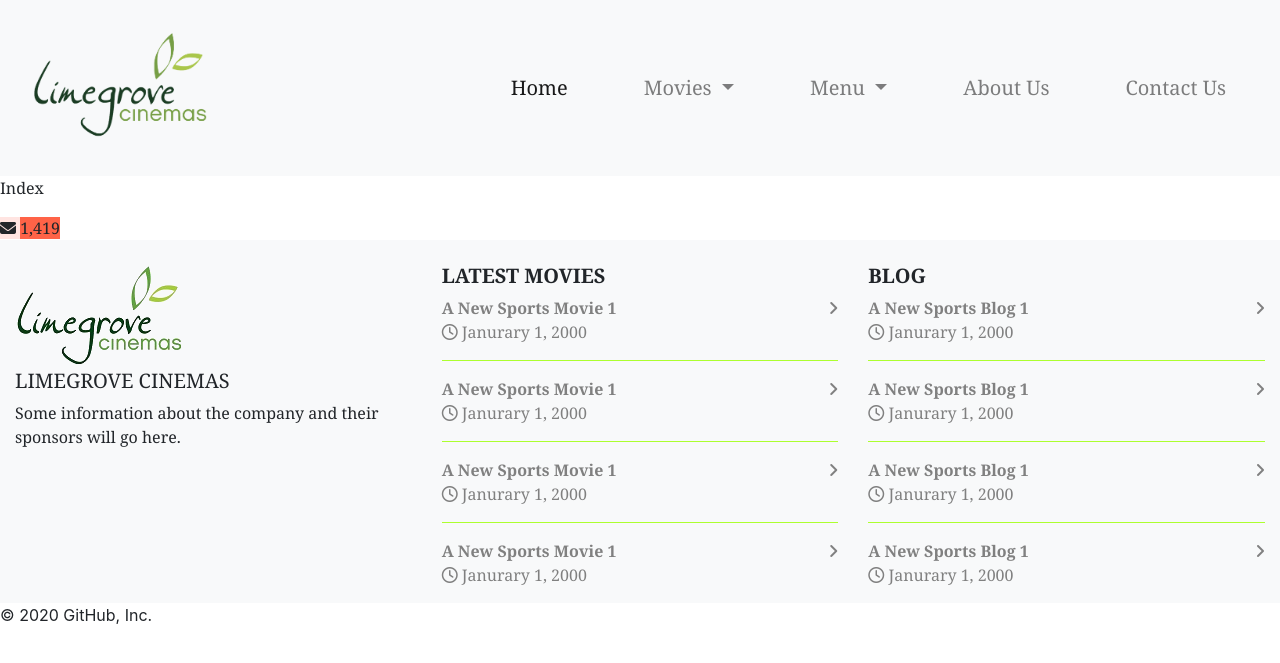
Repository: SimplyZacc/movie-web-template
Page: http://localhost/
An editor plug-in stored every save of this project. The page is shown before and after the next save, followed by the edit.
The browser window is 1280 px wide. The pictures show the whole page.
Some web libraries are served in a nearby version. The page is run by PHP 8.4 with error messages shown; the project is at /var/www/html/.

Above is the page before, as saved 2020-06-28 22:23:07.

### index.php
<?php
//set page vars
$title = "Index";
//include page header
include "templates/header.php";
?>

<p class="">Index</p>
<span class="fa-layers fa-fw" style="background:MistyRose">
    <i class="fas fa-envelope"></i>
    <span class="fa-layers-counter" style="background:Tomato">1,419</span>
  </span>

<?php include "templates/footer.php";?>
© 2020 GitHub, Inc.

### templates/header.php
<?php
session_start();
?>
<!DOCTYPE html>
<html lang="en">

<head>
    <meta charset="UTF-8">
    <meta name="viewport" content="width=device-width, initial-scale=1.0">

    <title>
        <?php
        $default_header = "Limegrove Cinemas";
        if (isset($title)) {
            echo "Limegrove Cinemas - " . $title;
        } else {
            echo $default_header;
        }
        ?>
    </title>

    <!-- CSS -->
    <link rel="stylesheet" href="https://stackpath.bootstrapcdn.com/bootstrap/4.4.1/css/bootstrap.min.css" integrity="sha384-Vkoo8x4CGsO3+Hhxv8T/Q5PaXtkKtu6ug5TOeNV6gBiFeWPGFN9MuhOf23Q9Ifjh" crossorigin="anonymous">
    <link rel="stylesheet" href="assets/css/styles.css">
    <link rel="stylesheet" href="movie-web-template/assets/css/styles.css">

    <!-- JavaScript -->
    <script src="https://code.jquery.com/jquery-3.4.1.slim.min.js" integrity="sha384-J6qa4849blE2+poT4WnyKhv5vZF5SrPo0iEjwBvKU7imGFAV0wwj1yYfoRSJoZ+n" crossorigin="anonymous"></script>
    <script src="https://cdn.jsdelivr.net/npm/popper.js@1.16.0/dist/umd/popper.min.js" integrity="sha384-Q6E9RHvbIyZFJoft+2mJbHaEWldlvI9IOYy5n3zV9zzTtmI3UksdQRVvoxMfooAo" crossorigin="anonymous"></script>
    <script src="https://stackpath.bootstrapcdn.com/bootstrap/4.4.1/js/bootstrap.min.js" integrity="sha384-wfSDF2E50Y2D1uUdj0O3uMBJnjuUD4Ih7YwaYd1iqfktj0Uod8GCExl3Og8ifwB6" crossorigin="anonymous"></script>
    <script src="https://kit.fontawesome.com/e9662c41f5.js" crossorigin="anonymous"></script>

</head>

<body>

    <nav class="navbar navbar-expand-lg navbar-light bg-light">
        <button class="navbar-toggler" type="button" data-toggle="collapse" data-target="#navbarSupportedContent" aria-controls="navbarSupportedContent" aria-expanded="false" aria-label="Toggle navigation">
            <i class="fas fa-bars"></i>
        </button>

        <div class="collapse navbar-collapse" id="navbarSupportedContent">
            <ul class="navbar-nav mr-auto">
                <a class="navbar-brand" href="index.php"><img src="assets/images/lgcgreenlogo.png" alt="Cinema Logo" style="width: auto;height: 150px"></a>

            </ul>

            <ul class="navbar-nav navbar-right">

                <li class="nav-item active p-r-10">
                    <a class="nav-link" href="index.php">Home <span class="sr-only">(current)</span></a>
                </li>
                <li class="nav-item dropdown p-r-10">
                    <a class="nav-link dropdown-toggle" href="movie.php" id="navbarDropdown" role="button" data-toggle="dropdown" aria-haspopup="true" aria-expanded="false">
                        Movies
                    </a>
                    <div class="dropdown-menu" aria-labelledby="navbarDropdown">
                        <a class="dropdown-item" href="movie.php">Popular</a>
                        <a class="dropdown-item disabled" href="#">Recently Added</a>
                        <a class="dropdown-item disabled" href="#">Soon Added</a>
                    </div>
                </li>
                <li class="nav-item dropdown p-r-10">
                    <a class="nav-link dropdown-toggle" href="movie.php" id="navbarDropdown" role="button" data-toggle="dropdown" aria-haspopup="true" aria-expanded="false">
                        Menu
                    </a>
                    <div class="dropdown-menu" aria-labelledby="navbarDropdown">
                        <a class="dropdown-item" href="movie.php">Food</a>
                        <a class="dropdown-item disabled" href="#">Drinks</a>
                    </div>
                </li>

                <li class="nav-item ">
                    <a class="nav-link" href="aboutus.php">About Us</a>
                </li>

                <li class="nav-item p-r-10">
                    <a class="nav-link" href="contactus.php">Contact Us</a>
                </li>

                <!--
                <li class="nav-item p-r-10">
                    <a class="nav-link" href="blog.php">Blog</a>
                </li>
                -->
            </ul>

        </div>
    </nav>

### templates/footer.php
<footer class="page-footer font-small pt-4 bg-light">

    <div class="container-fluid text-center text-md-left">

        <div class="row">

            <div class="col-md-4 mt-md-0 mt-3">

                <img src="assets/images/lg-nbg.png" alt="">
                <h5 class="text-uppercase">Limegrove Cinemas</h5>
                <p style="height: 100px">Some information about the company and their sponsors will go here.</p>

            </div>

            <hr class="clearfix w-100 d-md-none pb-3">

            <div class="col-md-4 mb-md-0 mb-3">

                <h5 class="text-uppercase bold">Latest Movies</h5>

                <ul class="list-unstyled grey">
                    <li>
                        <a href="movie.php" class="footer-link">A New Sports Movie 1 <span style="float: right"><i class="fas fa-angle-right"></i></span></a>
                        <br>
                        <p><i class="far fa-clock"></i> Janurary 1, 2000</p>
                    </li>
                    <hr style="border-color: greenyellow;">
                    <li>
                        <a href="movie.php" class="footer-link">A New Sports Movie 1 <span style="float: right"><i class="fas fa-angle-right"></i></span></a>
                        <br>
                        <p><i class="far fa-clock"></i> Janurary 1, 2000</p>
                    </li>
                    <hr style="border-color: greenyellow;">
                    <li>
                        <a href="movie.php" class="footer-link">A New Sports Movie 1 <span style="float: right"><i class="fas fa-angle-right"></i></span></a>
                        <br>
                        <p><i class="far fa-clock"></i> Janurary 1, 2000</p>
                    </li>
                    <hr style="border-color: greenyellow;">
                    <li>
                        <a href="movie.php" class="footer-link">A New Sports Movie 1 <span style="float: right"><i class="fas fa-angle-right"></i></span></a>
                        <br>
                        <p><i class="far fa-clock"></i> Janurary 1, 2000</p>
                    </li>
                </ul>

            </div>

            <hr class="clearfix w-100 d-md-none pb-3">

            <div class="col-md-4 mb-md-0 mb-3">

                <h5 class="text-uppercase bold">Blog</h5>

                <ul class="list-unstyled grey">
                    <li>
                        <a href="blog.php" class="footer-link">A New Sports Blog 1 <span style="float: right"><i class="fas fa-angle-right"></i></span></a>
                        <br>
                        <p><i class="far fa-clock"></i> Janurary 1, 2000</p>
                    </li>
                    <hr style="border-color: greenyellow;">
                    <li>
                        <a href="blog.php" class="footer-link">A New Sports Blog 1 <span style="float: right"><i class="fas fa-angle-right"></i></span></a>
                        <br>
                        <p><i class="far fa-clock"></i> Janurary 1, 2000</p>
                    </li>
                    <hr style="border-color: greenyellow;">
                    <li>
                        <a href="blog.php" class="footer-link">A New Sports Blog 1 <span style="float: right"><i class="fas fa-angle-right"></i></span></a>
                        <br>
                        <p><i class="far fa-clock"></i> Janurary 1, 2000</p>
                    </li>
                    <hr style="border-color: greenyellow;">
                    <li>
                        <a href="blog.php" class="footer-link">A New Sports Blog 1 <span style="float: right"><i class="fas fa-angle-right"></i></span></a>
                        <br>
                        <p><i class="far fa-clock"></i> Janurary 1, 2000</p>
                    </li>
                </ul>

            </div>

        </div>

    </div>

</footer>

</body>
</html>

### assets/css/styles.css
* {
    font-family: Cambria, Cochin, Georgia, Times, 'Times New Roman', serif;
}

.bold {
    font-weight: bold;
}

.center {
    text-align: center;
}

.hr {
    border-color: whitesmoke;
}

.grey {
    color: grey;
}

.margin-t-20 {
    margin-top: 20px;
}

.margin-b-20 {
    margin-bottom: 20px;
}

.footer-link {
    font-weight: bold;
    text-decoration: none;
    color: grey;
}

.footer-link:hover {
    text-decoration: none;
    color: #13df13;
    transition-duration: 0.5s;
}

.navbar-nav>li {
    padding-left: 30px;
    padding-right: 30px;
    font-size: 20px;
}

/****************************************** Contact Us Page ******************************************/

.contact-head {
    height: 300px;
    width: 100%;
    background-image: url('/assets/images/lgcgreenlogo.png');
    background-position-x: center;
    background-repeat: no-repeat;
    background-size: contain;
}

.contact-head-body {
    font-weight: bold;
    font-size: 17px;
    color: green;
    width: 30%;
    padding-left: 50px;
    padding-top: 100px;
}

.contact-body {
    height: 700px;
    background-color: rgb(241, 241, 241);
}

.contact-body-sub {
    width: 90%;
    margin-left: auto;
    margin-right: auto;
}

.contact-right {
    float: right;
    width: 35%;
}

.contact-left {
    float: left;
    width: 65%;
}

.contact-card {
    margin-top: 30px;
}

.contact-form-info {
    margin-top: 30px;
    background-color: white;
    width: 80%;
}


.contact-form-info2 {
    padding-left: 30px;
}

.contact-form-text {
    padding-top: 10px;
}

.contact-form-button {
    margin-top: 20px;
    margin-bottom: 30px;
}

.contact-form-input {
    width: 80%;
    border: none;
    outline: none;
    border-bottom: 2px solid grey;
    background-color: transparent;
    cursor: default;
}

.contact-form-input:hover {
    border-bottom: 2px solid #13df13;
    transition-duration: 0.5s;
}

.contact-form-textbox {
    width: 80%;
    height: 200px;
    border: none;
    outline: none;
    border-bottom: 2px solid grey;
    background-color: transparent;
    cursor: default;
}

.contact-form-textbox:hover {
    border-bottom: 2px solid #13df13;
    transition-duration: 0.5s;
}


/****************************************** About Us Page ******************************************/

.about-body-inside {
    width: 80%;
    margin-left: auto;
    margin-right: auto;
}


/****************************************** Blog Page ******************************************/

.poster {
    border-radius: 50px;
    background-color: rgb(216, 216, 216);
    height: auto;
    width: 100%;
}

.poster-img {
    border-radius: 50px;
    margin-top: 10px;
    margin-bottom: 10px;
    width: 90% !important;
    height: 200px;
}

.blog-title {
    color: rgb(77, 75, 75);
    font-weight: bold;
    font-family: Arial, Helvetica, sans-serif;
    font-size: 22px;
}

.poster-txt {
    margin-left: 10px;
    margin-right: 10px;
}

.blog-info {
    font-size: 20px;
}

.blog-text {
    margin-top: 10px;
    margin-bottom: 10px;
    color: rgb(129, 129, 129);
    font-family: Arial, Helvetica, sans-serif;
}

.blog-button {
    width: 80%;
    height: 30px;
    margin-top: 10px;
    margin-bottom: 20px;
    border-radius: 50px;
    margin-left: auto;
    margin-right: auto;
    border: none;
    color: black;
}

.blog-button:hover {
    transition-duration: 1s;
    background-color: #13df13;
    color: white;
}

/****************************************** Blog Post Page ******************************************/

.blog-post {
    width: 100%;
    margin-bottom: 20px;
    margin-top: 20px;
}

.blog-post-img {
    width: 90%;
    height: auto;
    margin: auto;
    text-align: center;
}

.blog-post-header {
    width: 90%;
    text-align: center;
    margin: auto;
    font-weight: bolder;
    color: rgb(77, 75, 75);
    font-family: Arial, Helvetica, sans-serif;
}

.blog-post-info {
    text-align: center;
    width: 90%;
    margin: auto;
    color: rgb(129, 129, 129);
    font-family: Arial, Helvetica, sans-serif;
}

.blog-button2 {
    width: 80%;
    height: 30px;
    margin-top: 10px;
    margin-bottom: 20px;
    border-radius: 50px;
    border: none;
    color: black;
}

.blog-button2:hover {
    transition-duration: 1s;
    background-color: #13df13;
    color: white;
}

/****************************************** Movie Pages ******************************************/

.movie-border{
    width: 100%;
    margin-bottom: 20px;
    height: 300px;
}

.movie-inside{
    width: 95%;
    height: 90%;
    margin: 20px;
}

.movie-info-bottom{
    position: relative;
    bottom: 0;
}

After the next save:
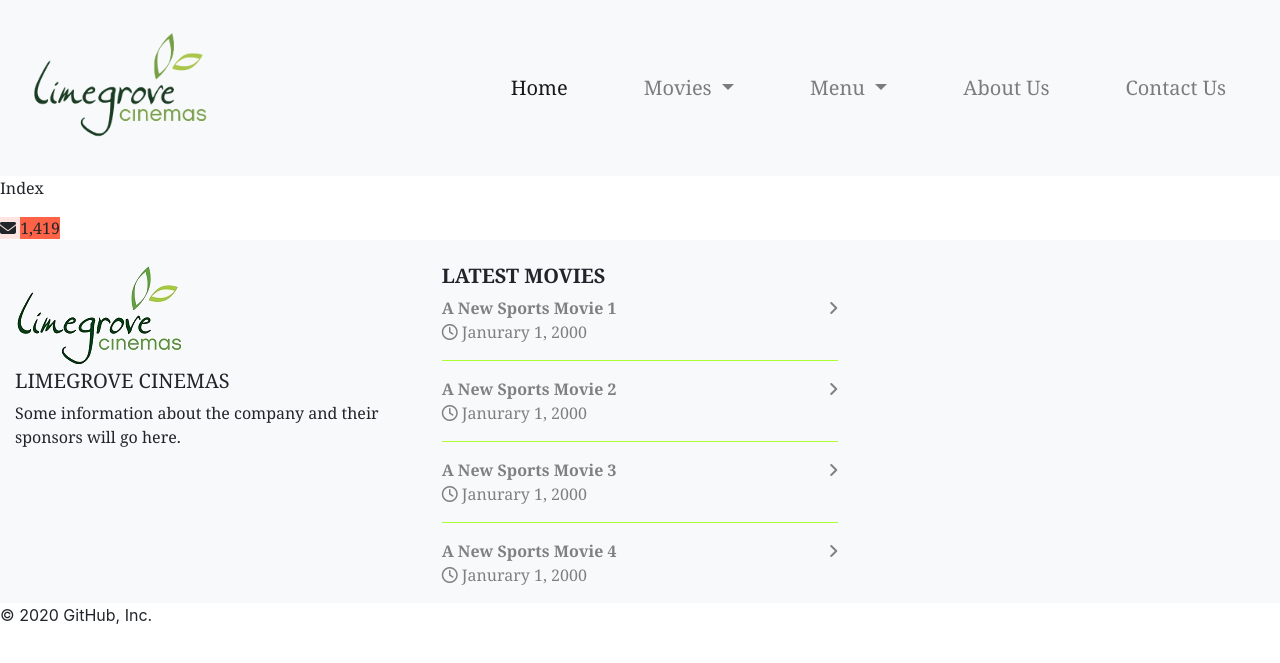
Saved 82 s later.
--- a/templates/footer.php
+++ b/templates/footer.php
@@ -26,53 +26,19 @@
                     </li>
                     <hr style="border-color: greenyellow;">
                     <li>
-                        <a href="movie.php" class="footer-link">A New Sports Movie 1 <span style="float: right"><i class="fas fa-angle-right"></i></span></a>
+                        <a href="movie.php" class="footer-link">A New Sports Movie 2 <span style="float: right"><i class="fas fa-angle-right"></i></span></a>
                         <br>
                         <p><i class="far fa-clock"></i> Janurary 1, 2000</p>
                     </li>
                     <hr style="border-color: greenyellow;">
                     <li>
-                        <a href="movie.php" class="footer-link">A New Sports Movie 1 <span style="float: right"><i class="fas fa-angle-right"></i></span></a>
+                        <a href="movie.php" class="footer-link">A New Sports Movie 3 <span style="float: right"><i class="fas fa-angle-right"></i></span></a>
                         <br>
                         <p><i class="far fa-clock"></i> Janurary 1, 2000</p>
                     </li>
                     <hr style="border-color: greenyellow;">
                     <li>
-                        <a href="movie.php" class="footer-link">A New Sports Movie 1 <span style="float: right"><i class="fas fa-angle-right"></i></span></a>
-                        <br>
-                        <p><i class="far fa-clock"></i> Janurary 1, 2000</p>
-                    </li>
-                </ul>
-
-            </div>
-
-            <hr class="clearfix w-100 d-md-none pb-3">
-
-            <div class="col-md-4 mb-md-0 mb-3">
-
-                <h5 class="text-uppercase bold">Blog</h5>
-
-                <ul class="list-unstyled grey">
-                    <li>
-                        <a href="blog.php" class="footer-link">A New Sports Blog 1 <span style="float: right"><i class="fas fa-angle-right"></i></span></a>
-                        <br>
-                        <p><i class="far fa-clock"></i> Janurary 1, 2000</p>
-                    </li>
-                    <hr style="border-color: greenyellow;">
-                    <li>
-                        <a href="blog.php" class="footer-link">A New Sports Blog 1 <span style="float: right"><i class="fas fa-angle-right"></i></span></a>
-                        <br>
-                        <p><i class="far fa-clock"></i> Janurary 1, 2000</p>
-                    </li>
-                    <hr style="border-color: greenyellow;">
-                    <li>
-                        <a href="blog.php" class="footer-link">A New Sports Blog 1 <span style="float: right"><i class="fas fa-angle-right"></i></span></a>
-                        <br>
-                        <p><i class="far fa-clock"></i> Janurary 1, 2000</p>
-                    </li>
-                    <hr style="border-color: greenyellow;">
-                    <li>
-                        <a href="blog.php" class="footer-link">A New Sports Blog 1 <span style="float: right"><i class="fas fa-angle-right"></i></span></a>
+                        <a href="movie.php" class="footer-link">A New Sports Movie 4 <span style="float: right"><i class="fas fa-angle-right"></i></span></a>
                         <br>
                         <p><i class="far fa-clock"></i> Janurary 1, 2000</p>
                     </li>
